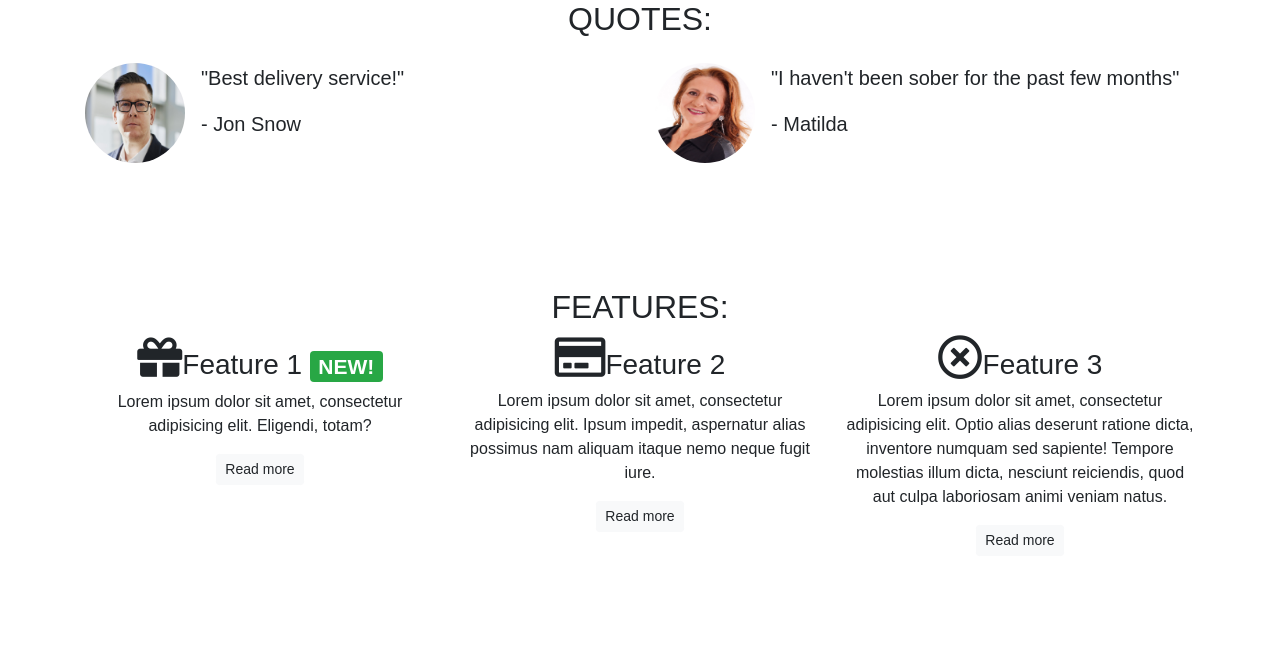
Repository: mkuti/Whiskey_website_using_Bootstrap
Page: index.html
The author's editor kept a record of every edit. The page is drawn from the files as they stood at one moment, then again after the next edit.
The browser window is 1280 px wide. The pictures show the part of the page from y = 720 to 1456 px (the page is 1381 px tall before and 1456 px after).
Backgrounds fixed to the window are drawn as part of the page. Some web fonts or font styles are not loaded; a fallback is used. Some web libraries are served in a nearby version.

Above is the page before.

After the next edit:
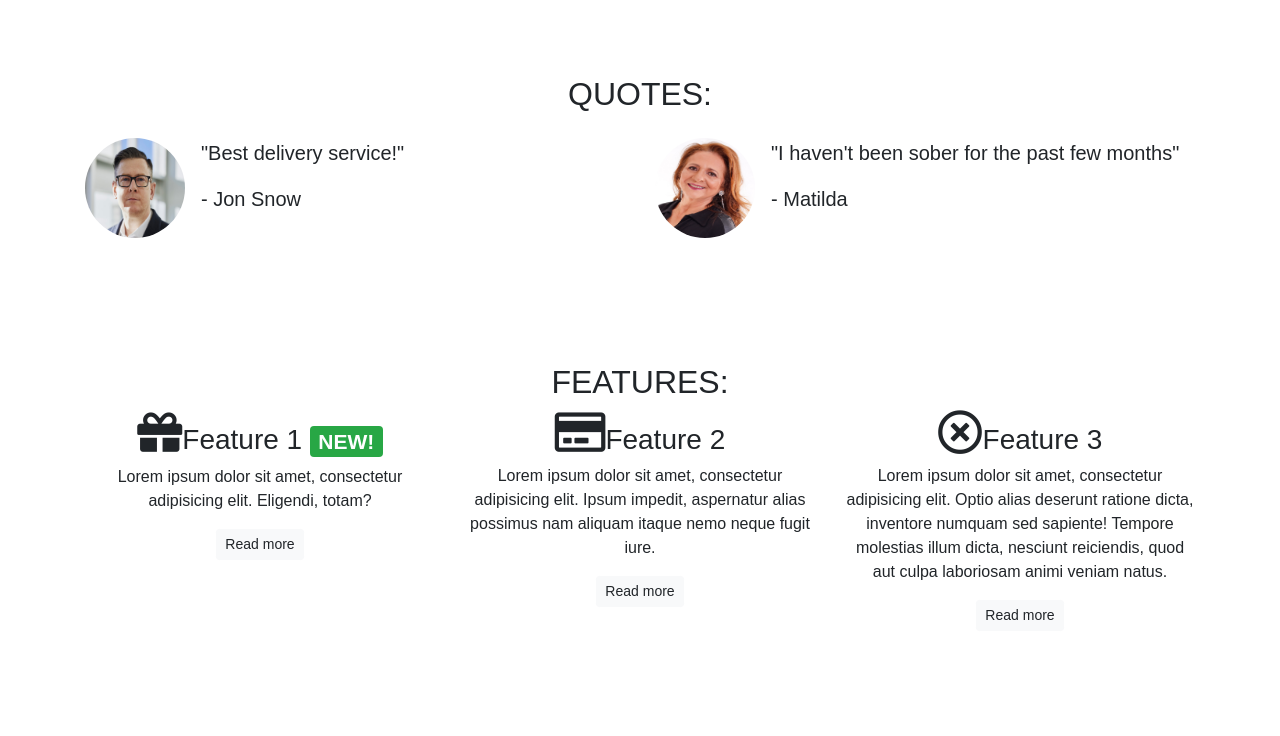
The edit:
--- a/index.html
+++ b/index.html
@@ -80,7 +80,7 @@
     </div>
     <!--end call out-->
     <!-- Quotes -->
-    <div class="container quotes-container">
+    <div class="container quotes-container content-container">
         <section class="quotes">
             <div class="col-12 page-header">
                 <h2 class="text-uppercase">Quotes:</h2>
